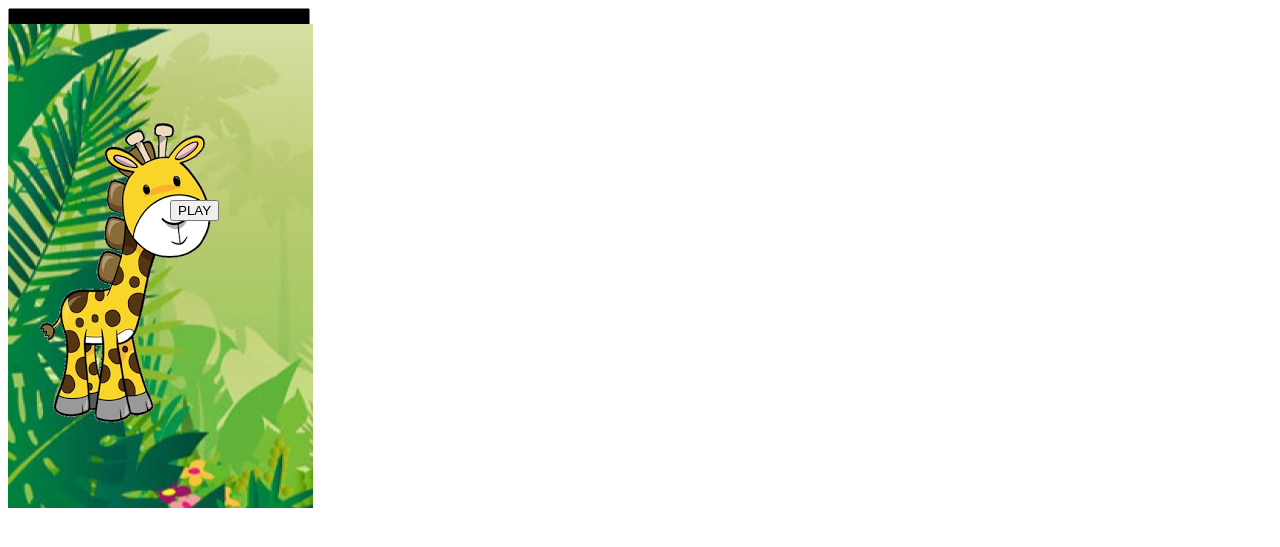
Repository: RathipriyaChandrasekaran/dotlite
Page: ConnectDots/homepage.html
An editor plug-in stored every save of this project. The page is shown before and after the next save, followed by the edit.
The browser window is 1280 px wide. The pictures show the whole page.

Above is the page before, as saved 2014-12-13 22:42:06.

### ConnectDots/homepage.html
<!DOCTYPE html>
<html>
<head>
     <meta charset="utf-8" />
     <meta name="viewport" content="width=device-width, initial-scale=1.0, maximum-scale=1.0">
     <link rel="stylesheet" type="text/css" href="css/appstyle.css"/>
     <script src="js/main.js"></script>
</head>
<body>

  <canvas id="canvas" width="305px" height="500px"></canvas>
  <button id="play">PLAY</button>
   <script>
 var points=new Array();
 var canvas = document.getElementById('canvas');
 var context = canvas.getContext('2d');
 var height = 490;
 var width = 300;

 context.beginPath();
 context.rect(1, 1, width, height);
 context.fill();
 context.lineWidth = 1;
 context.strokeStyle = 'black';
 context.stroke();

 function loadCanvas(dataURL, _cb) {

     // load image from data url
     var imageObj = new Image();
     imageObj.onload = function() {
         var imgWidth = this.width;
         var imgHeight = this.height;
         var posX = (width - imgWidth)/2;
         var posY = (height - imgHeight)/2;
         context.drawImage(this, 0, posY + 20);
         if (_cb) _cb();
     };

     imageObj.src = dataURL;
 }

loadCanvas("images/jungle.png", function() {
loadCanvas("images/girraffe.png");
});





 </script>





</body>
</html>

### ConnectDots/css/appstyle.css
#backgroundimage{
	display: block;

    background-repeat: no-repeat ;
}

#play{
	position: absolute;
	top: 200px;
	left: 170px;
}

### ConnectDots/js/main.js
var startTime;
var checkTime;

//Initialize function
var init = function () {
	// TODO:: Do your initialization job
	console.log("init() called");

	// add eventListener for tizenhwkey
	document.addEventListener('tizenhwkey', function(e) {
		if(e.keyName == "back") {
			try {
				tizen.application.getCurrentApplication().exit();
			} catch (error) {
				console.error("getCurrentApplication(): " + error.message);
			}
		}
	});
};
// window.onload can work without <body onload="">
window.onload = init;

function startTime() {
	var today = new Date();
	var h = today.getHours();

	var m = today.getMinutes();
	var s = today.getSeconds();
	m = checkTime(m);
	s = checkTime(s);
	document.getElementById('divbutton1').innerHTML="Current time: " + h + ":" + m + ":" + s;
	var t = setTimeout(startTime, 250);
}

function checkTime(i) {
	if (i < 10) {
		i="0" + i;
	}
	return i;
}

After the next save:
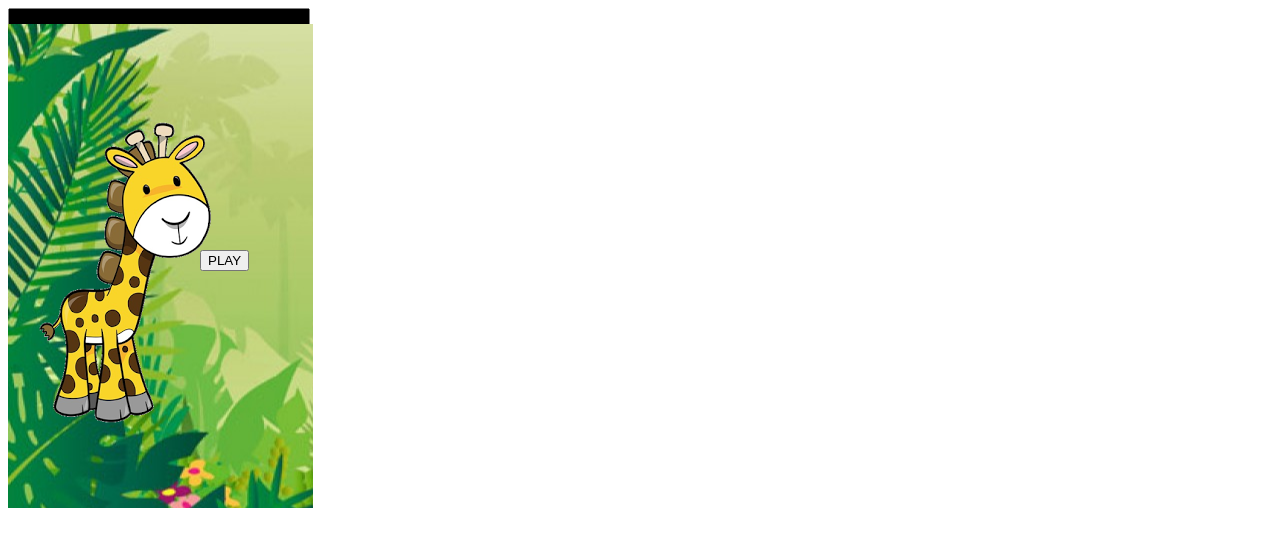
Saved 24 s later.
--- a/ConnectDots/css/appstyle.css
+++ b/ConnectDots/css/appstyle.css
@@ -6,6 +6,6 @@
 
 #play{
 	position: absolute;
-	top: 200px;
-	left: 170px;
+	top: 250px;
+	left: 200px;
 }
